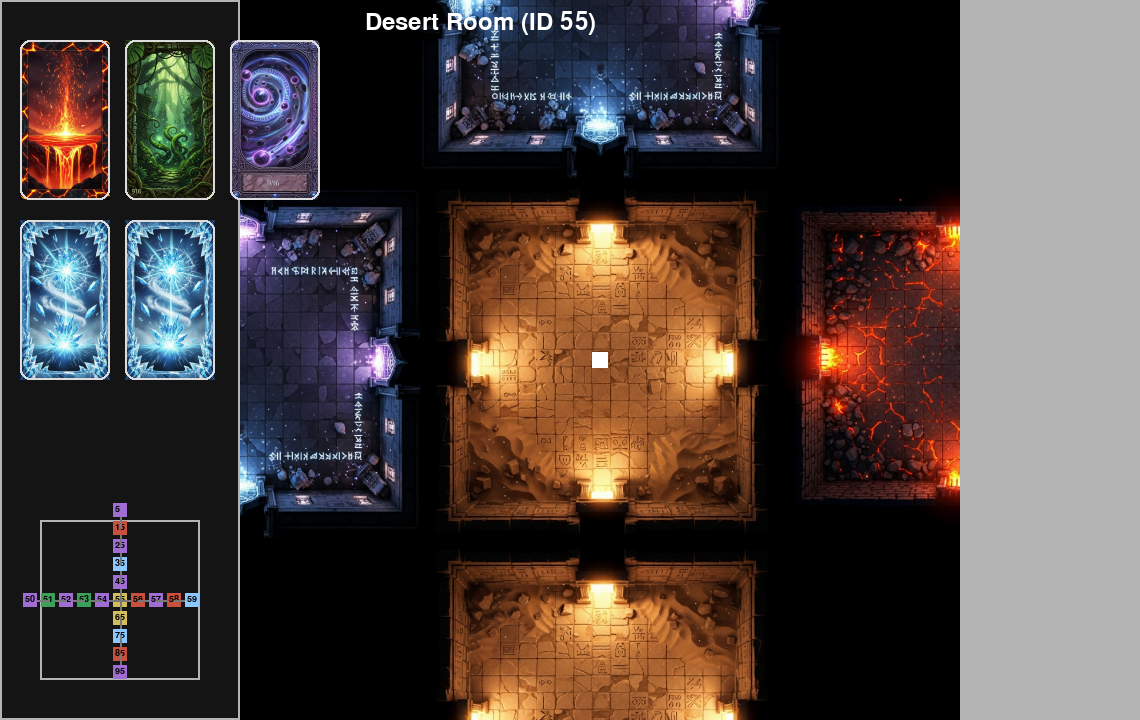
Repository: MehediMim/GateBound
Script's output: python main.py
An editor plug-in stored every save of this project. The script's output is shown before and after the next save, followed by the edit.
The window is shown after at most 60 frames with no key pressed. Random numbers start from a fixed seed. It also reads assets/bg_arcane.png, assets/bg_desert.png, assets/bg_ice.png, assets/bg_jungle.png, assets/bg_volcanic.png, assets/card_arcane.jpeg, assets/card_desert.jpeg, assets/card_ice.jpeg, assets/card_jungle.jpeg, assets/card_volcanic.jpeg.

Above is the script's output before, as saved 2026-01-26 19:27:24.

After the next save:
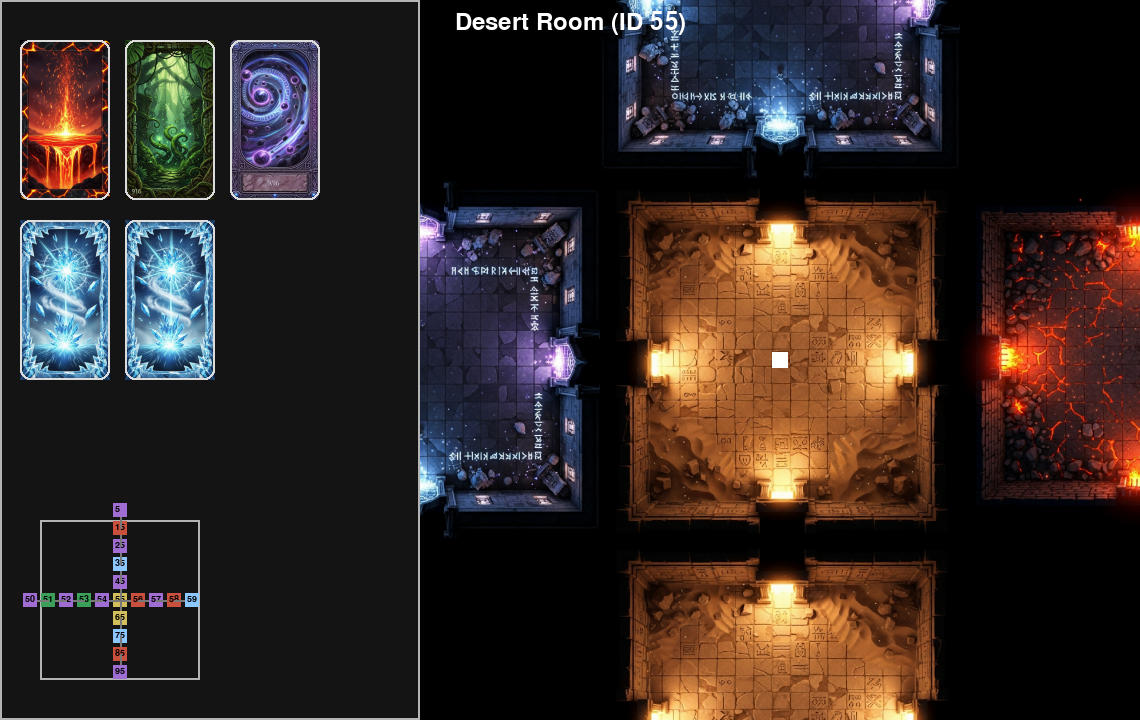
Saved 55 s later.
--- a/main.py
+++ b/main.py
@@ -21,7 +21,7 @@ GRID_H = 10
 # =========================
 # UI / LAYOUT (IMPORTANT)
 # =========================
-SIDEBAR_W = 240                     # LEFT UI ONLY
+SIDEBAR_W = 420            # LEFT UI ONLY
 PREVIEW_MARGIN = ROOM_DRAW // 2     # space for half rooms
 
 SCREEN_WIDTH  = SIDEBAR_W + ROOM_DRAW + PREVIEW_MARGIN * 2
